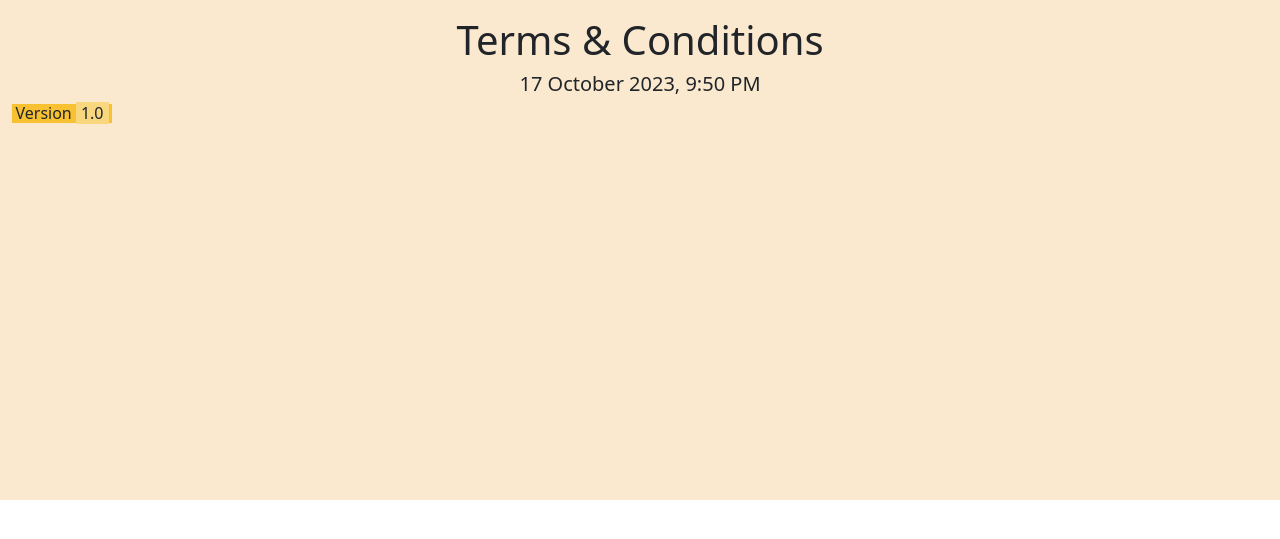
Repository: injectGroup/github.io
Page: terms.html
The author's editor kept a copy of each file at every save. The page is drawn from the files as they stood at one save, then again after the next save.
The browser window is 1280 px wide. The pictures show the whole page.

Above is the page before, as saved 2023-11-30 07:23:54.

After the next save:
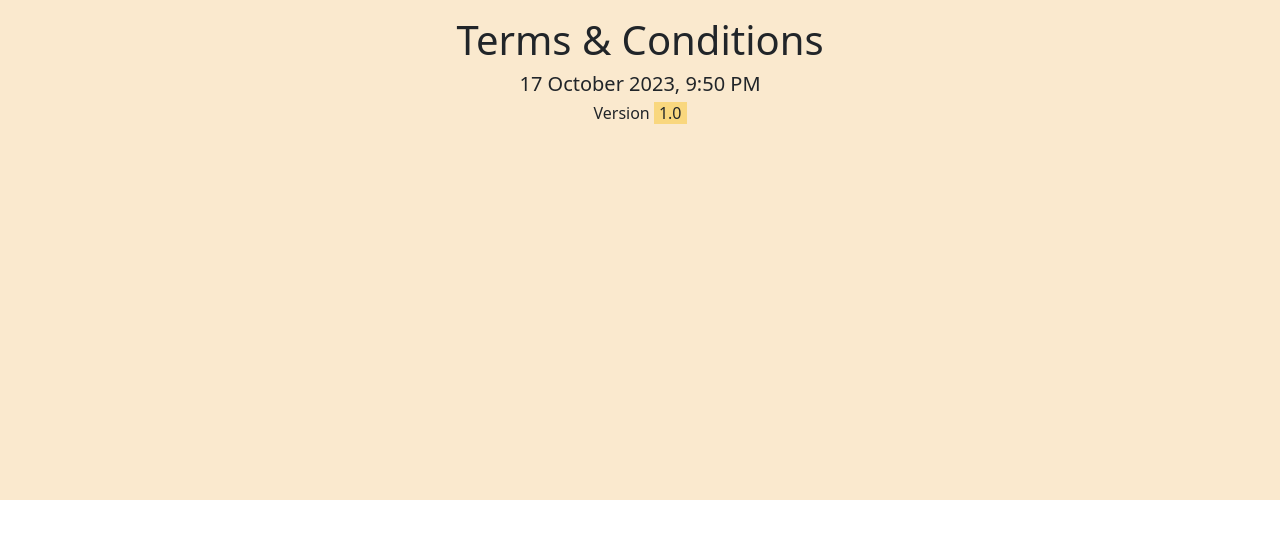
Saved 25 s later.
--- a/terms.html
+++ b/terms.html
@@ -27,7 +27,7 @@
                 17 October 2023, 9:50 PM
             </h5>
             <div class="col align-self-center">
-                <h6 class="version text-center">
+                <h6 class=" text-center">
                     Version
                     <span class="version-number">1.0</span>
                 </h6>

After the save that followed:
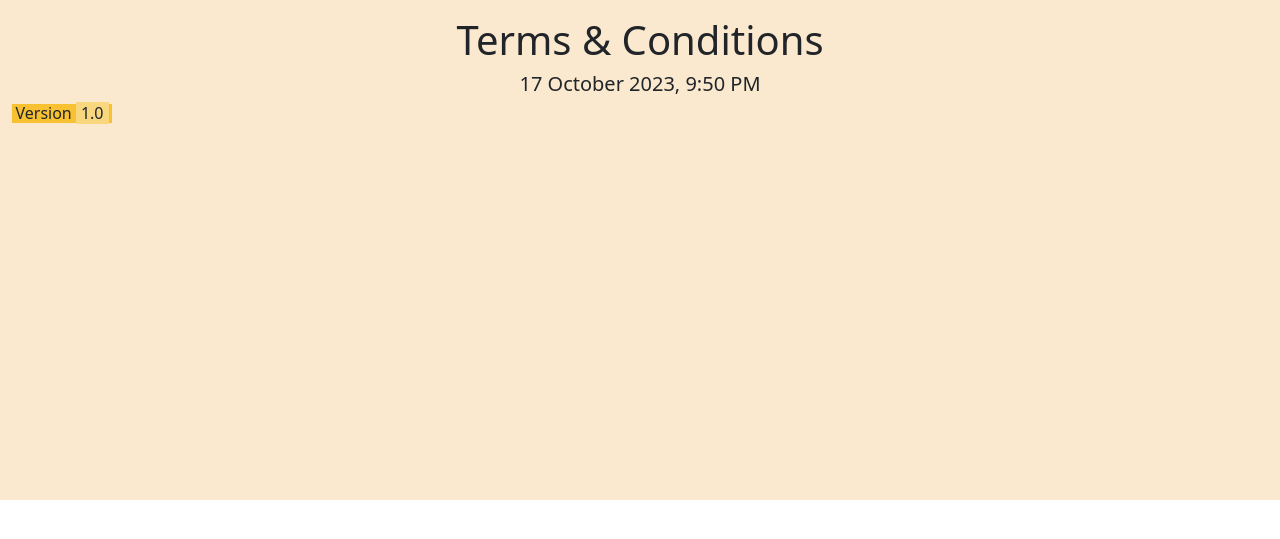
Saved 10 s later.
--- a/terms.html
+++ b/terms.html
@@ -27,7 +27,7 @@
                 17 October 2023, 9:50 PM
             </h5>
             <div class="col align-self-center">
-                <h6 class=" text-center">
+                <h6 class="version text-center">
                     Version
                     <span class="version-number">1.0</span>
                 </h6>
